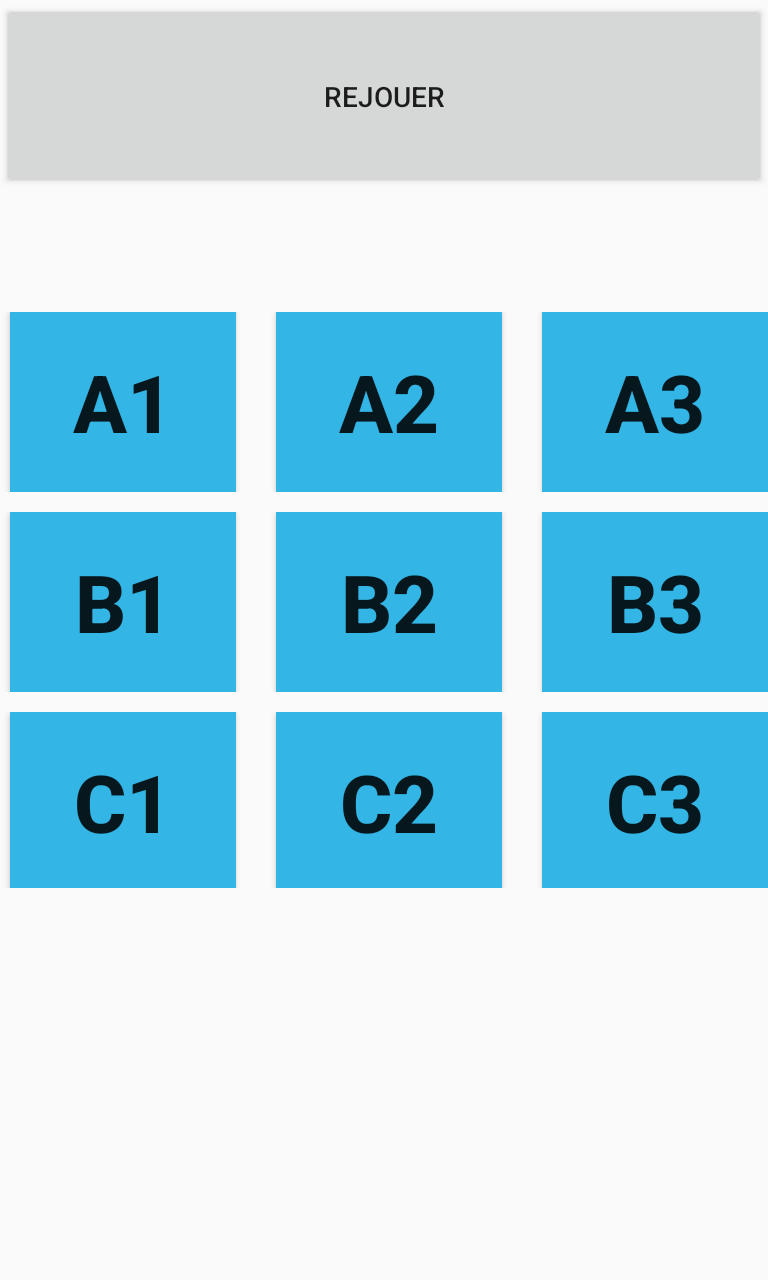
Repository: chakrinamo/Projet_S4_TicTacToe
Layout: Tic_Tac_Toe/res/layout/activity_main.xml
An editor plug-in stored every save of this project. The layout is shown before and after the next save, followed by the edit.
It is drawn on a 768 x 1280 px phone screen (xhdpi) without system bars, with theme AppTheme; the app's code is not run.

Above is the layout before, as saved 2015-02-24 06:30:00.

After the next save:
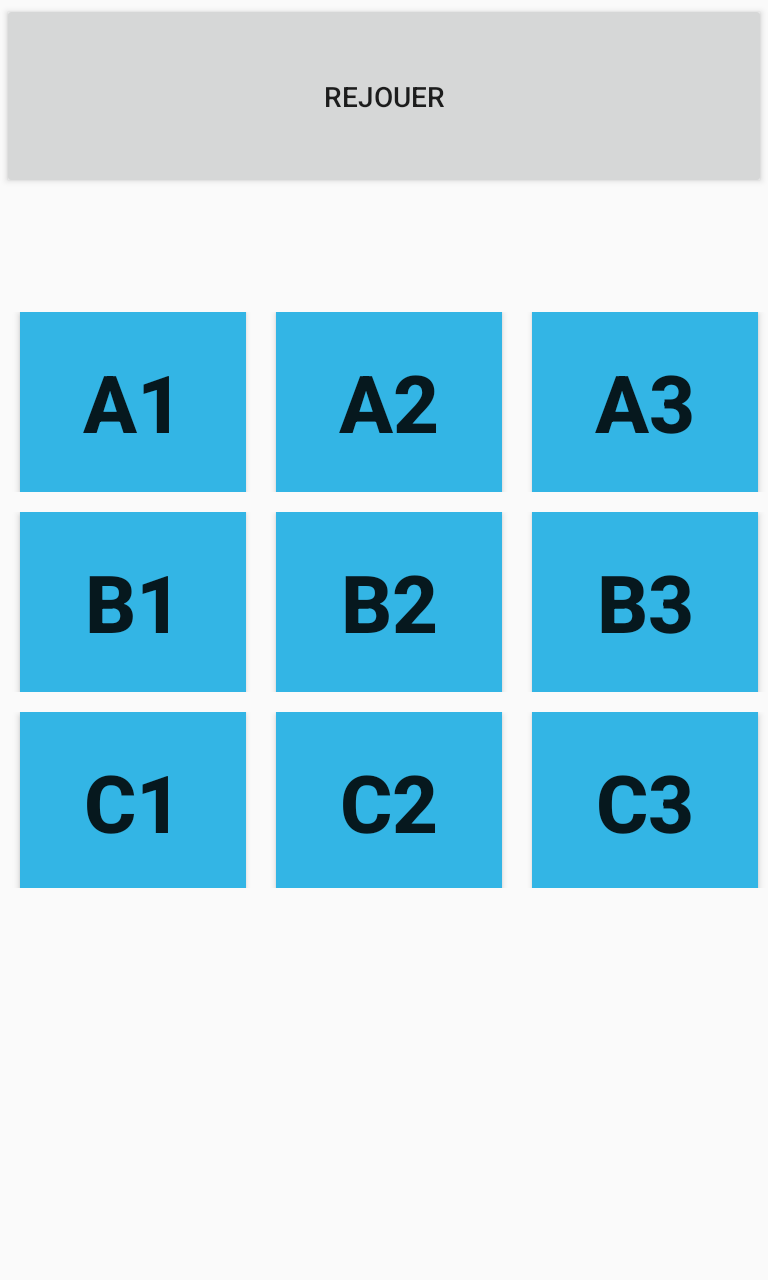
Saved 5 min 15 s later.
--- a/Tic_Tac_Toe/res/layout/activity_main.xml
+++ b/Tic_Tac_Toe/res/layout/activity_main.xml
@@ -29,8 +29,8 @@
             android:id="@+id/A1"
             android:layout_width="fill_parent"
             android:layout_height="90dp"
-            android:layout_marginLeft="5dp"
-            android:layout_marginRight="10dp"
+            android:layout_marginLeft="10dp"
+            android:layout_marginRight="5dp"
             android:layout_weight="1"
             android:background="#33b5e5"
             android:text="A1"
@@ -53,12 +53,13 @@
             android:id="@+id/A3"
             android:layout_width="fill_parent"
             android:layout_height="90dp"
-            android:layout_marginLeft="15dp"
+            android:layout_marginLeft="10dp"
+            android:layout_marginRight="5dp"
             android:layout_weight="1"
+            android:background="#33b5e5"
             android:text="A3"
             android:textSize="40dp"
-            android:textStyle="bold"
-            android:background="#33b5e5"/>
+            android:textStyle="bold" />
 
     </LinearLayout>
 
@@ -72,8 +73,8 @@
             android:id="@+id/B1"
             android:layout_width="fill_parent"
             android:layout_height="90dp"
-            android:layout_marginLeft="5dp"
-            android:layout_marginRight="10dp"
+            android:layout_marginLeft="10dp"
+            android:layout_marginRight="5dp"
             android:layout_weight="1"
             android:background="#33b5e5"
             android:text="B1"
@@ -96,12 +97,13 @@
             android:id="@+id/B3"
             android:layout_width="fill_parent"
             android:layout_height="90dp"
-            android:layout_marginLeft="15dp"
+            android:layout_marginLeft="10dp"
+            android:layout_marginRight="5dp"
             android:layout_weight="1"
+            android:background="#33b5e5"
             android:text="B3"
             android:textSize="40dp"
-            android:textStyle="bold"
-            android:background="#33b5e5"/>
+            android:textStyle="bold" />
 
     </LinearLayout>
 
@@ -115,8 +117,8 @@
             android:id="@+id/C1"
             android:layout_width="fill_parent"
             android:layout_height="90dp"
-            android:layout_marginLeft="5dp"
-            android:layout_marginRight="10dp"
+            android:layout_marginLeft="10dp"
+            android:layout_marginRight="5dp"
             android:layout_weight="1"
             android:background="#33b5e5"
             android:text="C1"
@@ -139,12 +141,13 @@
             android:id="@+id/C3"
             android:layout_width="fill_parent"
             android:layout_height="90dp"
-            android:layout_marginLeft="15dp"
+            android:layout_marginLeft="10dp"
+            android:layout_marginRight="5dp"
             android:layout_weight="1"
+            android:background="#33b5e5"
             android:text="C3"
             android:textSize="40dp"
-            android:textStyle="bold"
-            android:background="#33b5e5"/>
+            android:textStyle="bold" />
 
     </LinearLayout>
 
